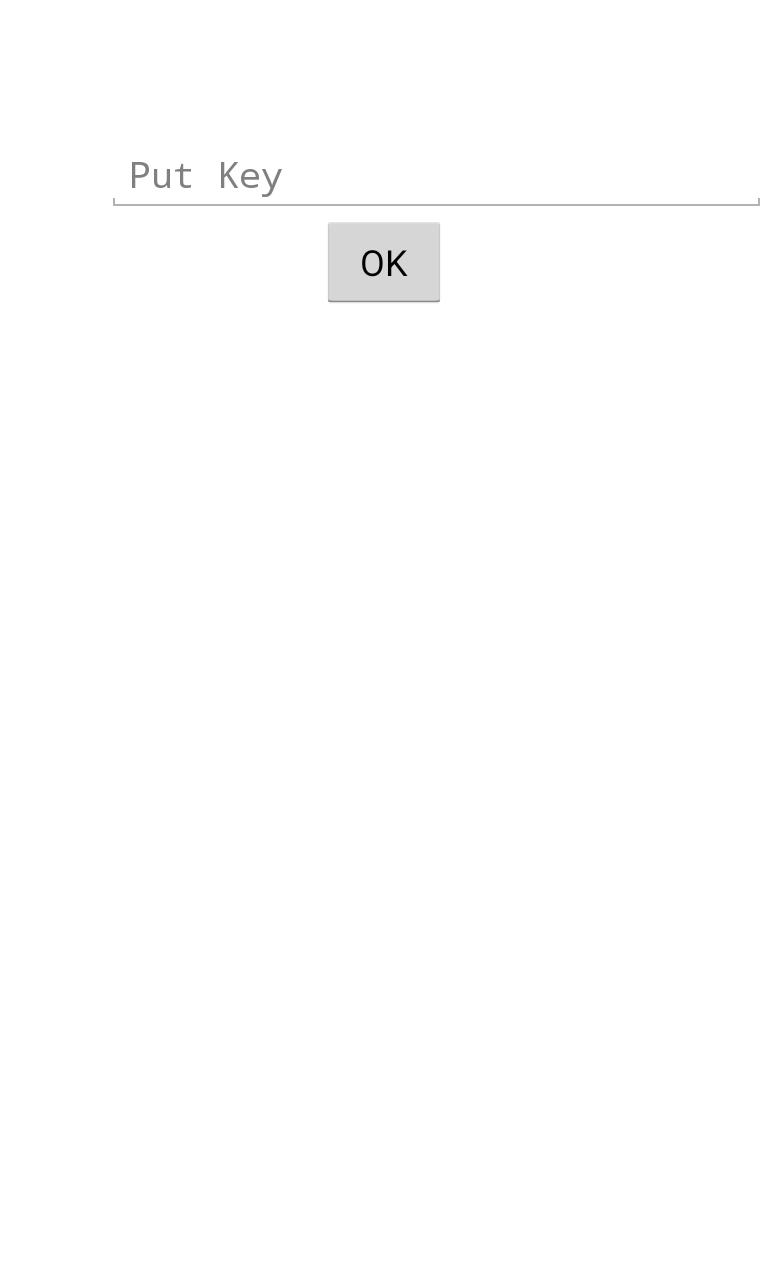
Repository: LennoxAlexion/UID
Layout: Android App/Uid-Project/res/layout/activity_qr_result.xml
An editor plug-in stored every save of this project. The layout is shown before and after the next save, followed by the edit.
It is drawn on a 768 x 1280 px phone screen (xhdpi) without system bars, with theme AppTheme; the app's code is not run.

Above is the layout before, as saved 2015-03-29 06:56:45.

### Android App/Uid-Project/res/layout/activity_qr_result.xml
<?xml version="1.0" encoding="utf-8"?>
<LinearLayout xmlns:android="http://schemas.android.com/apk/res/android"
    android:layout_width="match_parent"
    android:layout_height="match_parent"
    android:orientation="vertical"
>

    <TextView
        android:layout_width="wrap_content"
        android:layout_height="wrap_content"
        android:text="Scanned Code: "
        android:textColor="@android:color/white"
        android:textSize="20dp" />

    <TextView
        android:id="@+id/Scanned_Code"
        android:layout_width="wrap_content"
        android:layout_height="wrap_content"
        android:text="SampleCode"
        android:textColor="@android:color/white"
        android:textSize="30dp" />

    <RelativeLayout
        android:id="@+id/Rel"
        android:layout_width="fill_parent"
        android:layout_height="wrap_content" >

        <TextView
            android:layout_width="wrap_content"
            android:layout_height="wrap_content"
            android:layout_alignParentLeft="true"
            android:text="Key: "
            android:id="@+id/TVKey"
            android:textColor="@android:color/white"
            android:textSize="20dp"
            android:padding="5dp"/>

        <EditText
            android:layout_width="match_parent"
            android:layout_height="wrap_content"
            android:hint="Put Key"
            android:layout_toRightOf="@id/TVKey"
            android:layout_alignParentRight="true"
            android:inputType="textPassword"
            android:id="@+id/KeyET"/>
    </RelativeLayout>

    <Button
        android:layout_width="wrap_content"
        android:layout_height="wrap_content"
        android:layout_gravity="center_horizontal"
        android:text="OK"
        android:id="@+id/SubmitButton" />

    <TextView
        android:layout_width="wrap_content"
        android:layout_height="wrap_content"
        android:layout_marginTop="15dp"
        android:text="Decoded Text: "
        android:textColor="@android:color/white"
        android:textSize="20dp" />

    <TextView
        android:id="@+id/Result"
        android:layout_width="wrap_content"
        android:layout_height="wrap_content"
        android:text="Sample"
        android:textColor="@android:color/white"
        android:textSize="30dp" />

</LinearLayout>

Loaded but not shown: Android App/Uid-Project/res/values/styles.xml (common file); Android App/Uid-Project/res/values-v11/styles.xml (common file); Android App/Uid-Project/res/values-v14/styles.xml (common file); Android App/Uid-Project/res/values-v21/styles.xml (common file)

After the next save:
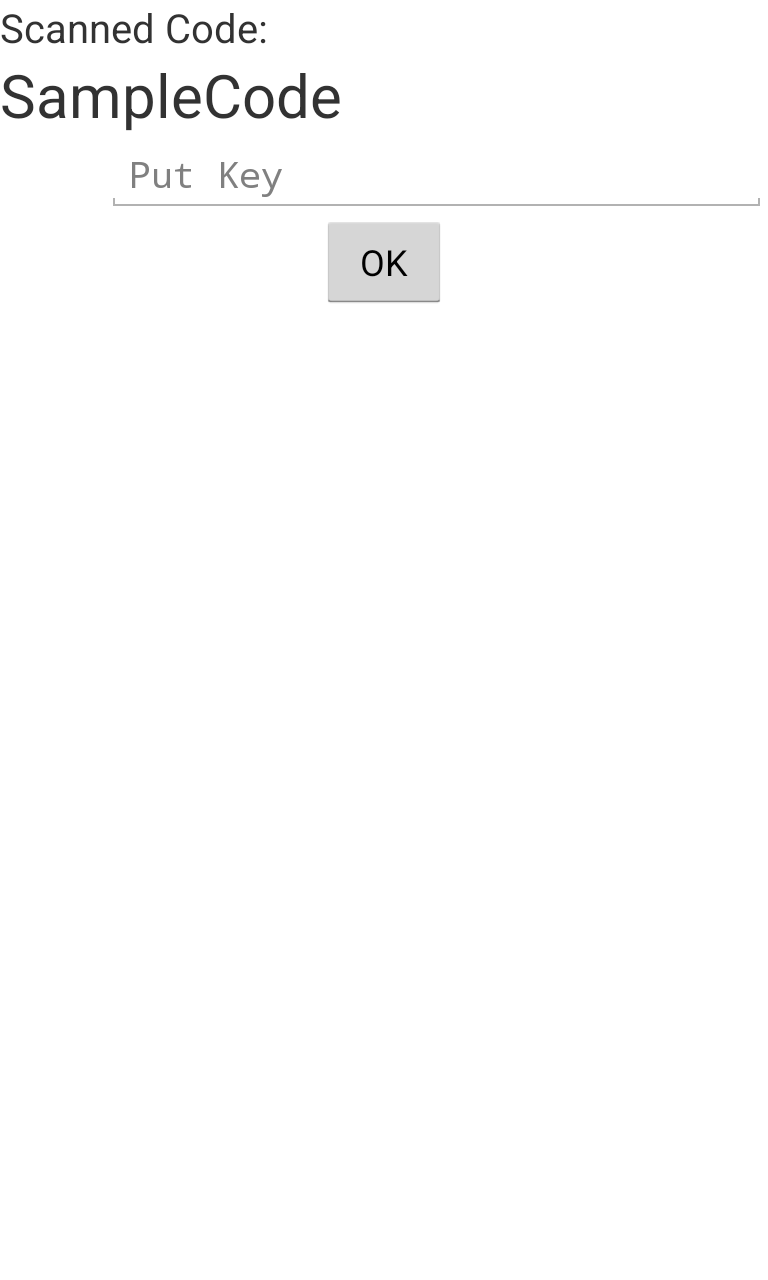
Saved 17 s later.
--- a/Android App/Uid-Project/res/layout/activity_qr_result.xml
+++ b/Android App/Uid-Project/res/layout/activity_qr_result.xml
@@ -9,7 +9,6 @@
         android:layout_width="wrap_content"
         android:layout_height="wrap_content"
         android:text="Scanned Code: "
-        android:textColor="@android:color/white"
         android:textSize="20dp" />
 
     <TextView
@@ -17,7 +16,6 @@
         android:layout_width="wrap_content"
         android:layout_height="wrap_content"
         android:text="SampleCode"
-        android:textColor="@android:color/white"
         android:textSize="30dp" />
 
     <RelativeLayout
